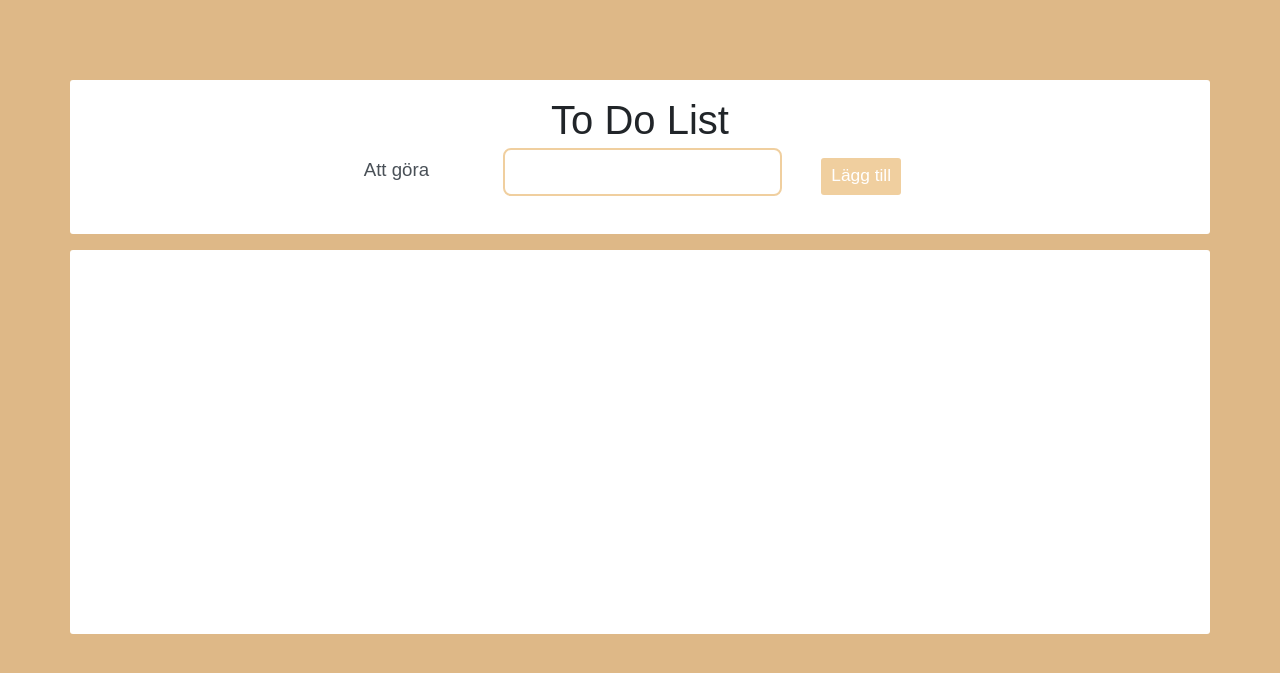
Repository: skepp4rn/todolist
Page: index.html
The author's editor kept a copy of each file at every save. The page is drawn from the files as they stood at one save, then again after the next save.
The browser window is 1280 px wide. The pictures show the whole page.
The page's requests for data from a server got no answer. Some web libraries are served in a nearby version.

Above is the page before, as saved 2021-01-28 12:26:51.

After the next save:
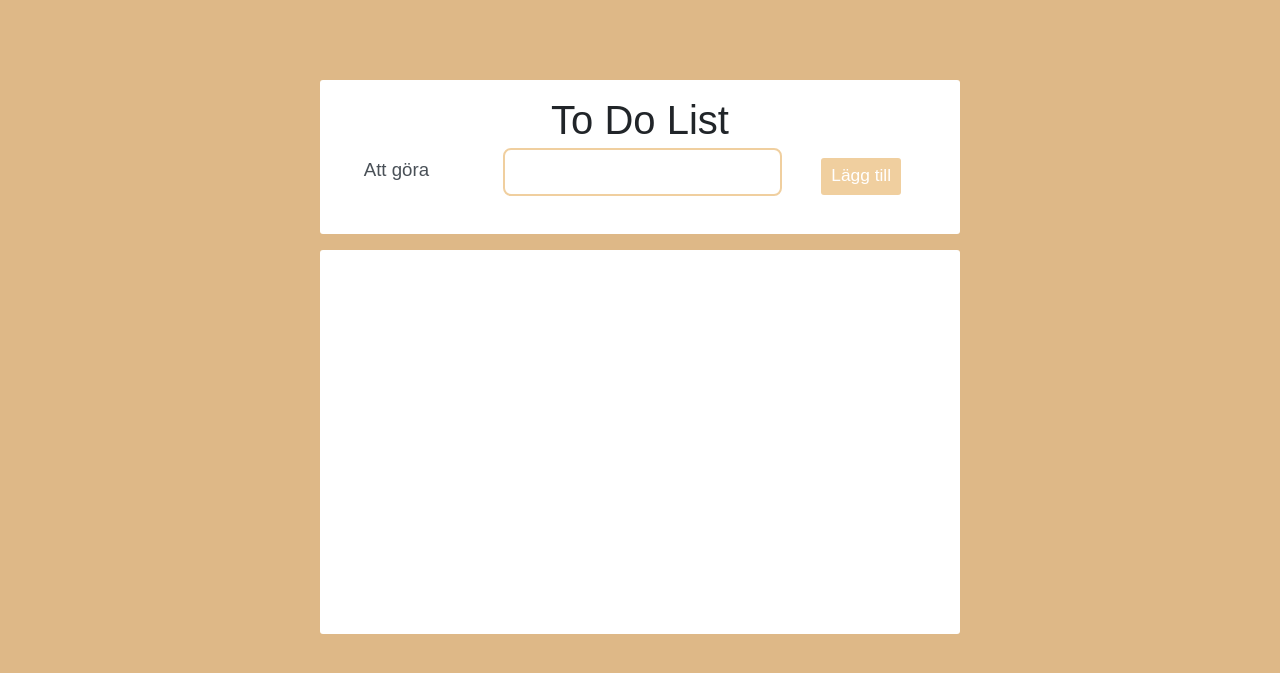
Saved 4 s later.
--- a/css/style.css
+++ b/css/style.css
@@ -12,7 +12,7 @@ body {
 }
 
 .container {
-    width: 100vw;
+    width: 50vw;
     display: grid;
     justify-content: center;
     background-color: #ffffff;
